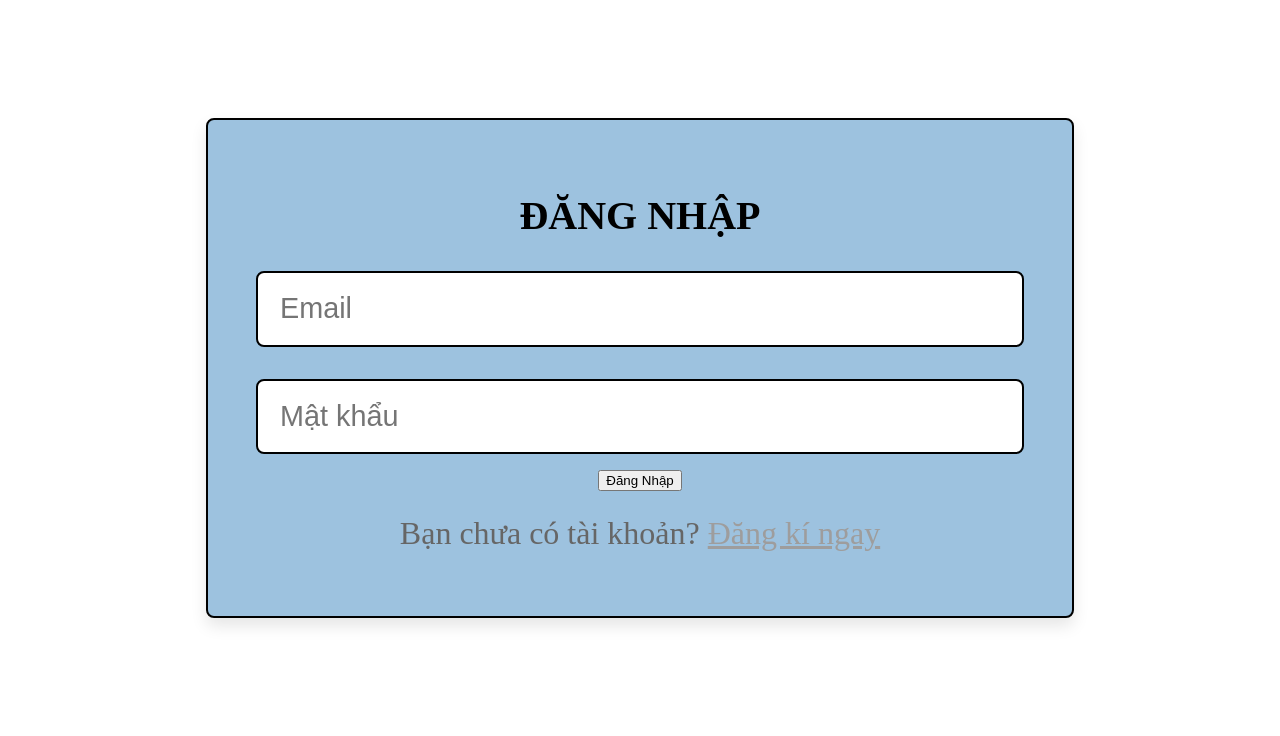
Repository: Dien973/expense_manager
Page: http://localhost/expense_manager/user_page/login.php
An editor plug-in stored every save of this project. The page is shown before and after the next save, followed by the edit.
The browser window is 1280 px wide. The pictures show the whole page.
The page is run by PHP 8.4 with error messages shown; the project is at /var/www/html/. user_page/conn.php is not in the repository; a stand-in opens the database connection. Other server files are loaded and not shown.

Above is the page before, as saved 2025-12-05 13:05:58.

### user_page/login.php
<?php

@include 'conn.php';

session_start();

if(isset($_POST['submit'])){

   $filter_email = filter_var($_POST['email'], FILTER_SANITIZE_STRING);
   $email = mysqli_real_escape_string($conn, $filter_email);
   $filter_pass = filter_var($_POST['pass'], FILTER_SANITIZE_STRING);
   $pass = mysqli_real_escape_string($conn, $filter_pass);

   $select_users = mysqli_query($conn, "SELECT * FROM `users` WHERE email = '$email' AND upassword = '$pass'") or die('Thất bại');


   if(mysqli_num_rows($select_users) > 0){

      $row = mysqli_fetch_assoc($select_users);

      if($row['urole'] == 'admin'){

         $_SESSION['admin_name'] = $row['uname'];
         $_SESSION['admin_email'] = $row['email'];
         $_SESSION['admin_id'] = $row['uid'];
         header('location:admin_page.php');

      }elseif($row['urole'] == 'user'){

         $_SESSION['user_name'] = $row['uname'];
         $_SESSION['user_email'] = $row['email'];
         $_SESSION['user_id'] = $row['uid'];
         header('location:home.php');

      }else{
         $message[] = 'Không tìm thấy người dùng!';
      }

   }else{
      $message[] = 'Sai email hoặc mật khẩu!';
   }

}

?>

<!DOCTYPE html>
<html lang="en">
<head>
   <meta charset="UTF-8">
   <meta http-equiv="X-UA-Compatible" content="IE=edge">
   <meta name="viewport" content="width=device-width, initial-scale=1.0">
   <title>Đăng nhập</title>

   <!-- font awesome cdn link  -->
   <link rel="stylesheet" href="https://cdnjs.cloudflare.com/ajax/libs/font-awesome/6.0.0/css/all.min.css">

   <!-- custom css file link  -->
   <link rel="stylesheet" href="css/main.css">

</head>
<body>

<?php
if(isset($message)){
   foreach($message as $message){
      echo '
      <div class="message">
         <span>'.$message.'</span>
         <i class="fas fa-times" onclick="this.parentElement.remove();"></i>
      </div>
      ';
   }
}
?>

<section class="form-container">

   <form action="" method="post">
      <h3>Đăng Nhập</h3>
      <input type="email" name="email" class="box" placeholder="Email" required>
      <input type="password" name="pass" class="box" placeholder="Mật khẩu" required>
      <input type="submit" class="btn" name="submit" value="Đăng Nhập">
      <p>Bạn chưa có tài khoản? <a href="signup.php">Đăng kí ngay</a></p>
   </form>

</section>

</body>
</html>

### css/main.css
.form-container {
  display: flex;
  align-items: center;
  justify-content: center;
  min-height: 100vh;
}

.form-container form {
  padding: 2rem;
  border-radius: 0.5rem;
  border: #000 solid 2px;
  background-color: #9dc2df;
  box-shadow: 0 0.5rem 1rem rgba(0, 0, 0, 0.1);
  width: 50rem;
  text-align: center;
}

.form-container form h3 {
  font-size: 2.5rem;
  text-transform: uppercase;
  color: #000;
  margin-bottom: 1rem;
}

.form-container form .box {
  width: 90%;
  padding: 1.2rem 1.4rem;
  font-size: 1.8rem;
  color: #000;
  border: #000 solid 2px;
  background-color: #fff;
  margin: 1rem 0;
  border-radius: 0.5rem;
}

.form-container form p {
  margin-top: 1.5rem;
  font-size: 2rem;
  color: #666;
}

.form-container form p a {
  color: #9e9d9d;
}

.form-container form p a:hover {
  text-decoration: underline;
}

After the next save:
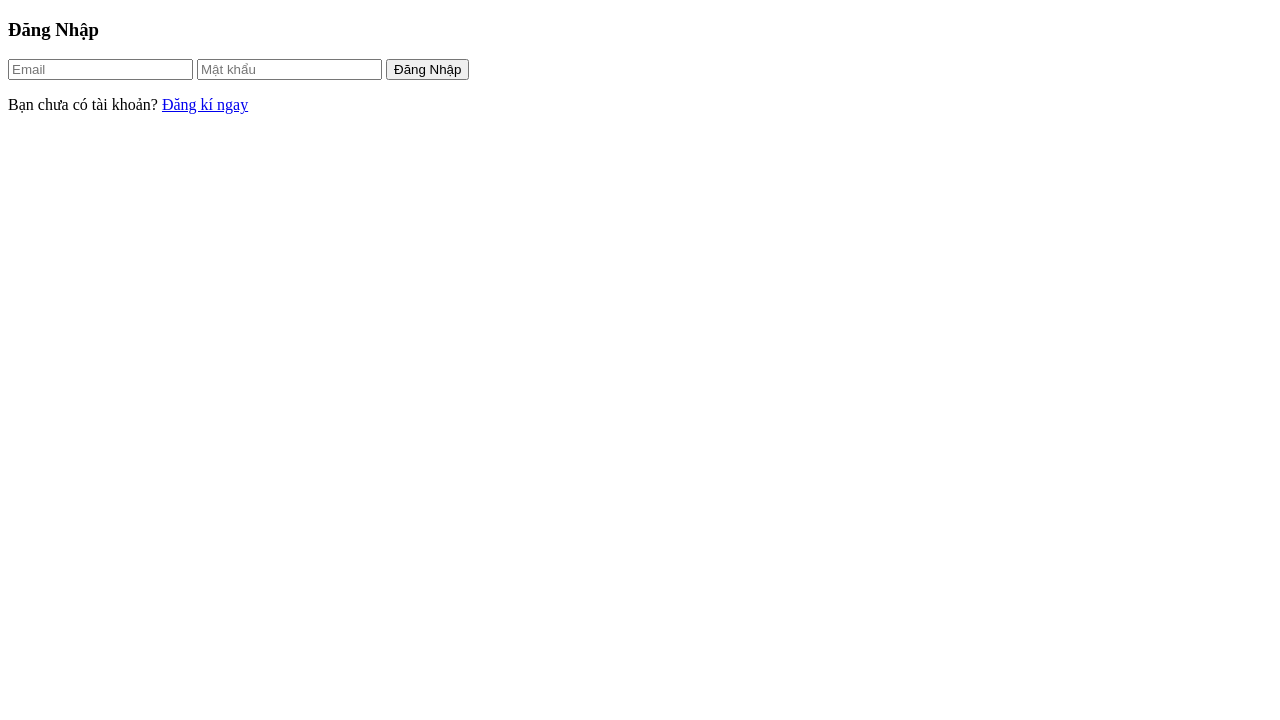
Not found: expense_manager/user_page/css/login.css
Saved 14 s later.
--- a/user_page/login.php
+++ b/user_page/login.php
@@ -56,7 +56,7 @@
    <link rel="stylesheet" href="https://cdnjs.cloudflare.com/ajax/libs/font-awesome/6.0.0/css/all.min.css">
 
    <!-- custom css file link  -->
-   <link rel="stylesheet" href="css/main.css">
+   <link rel="stylesheet" href="css/login.css">
 
 </head>
 <body>

After the save that followed:
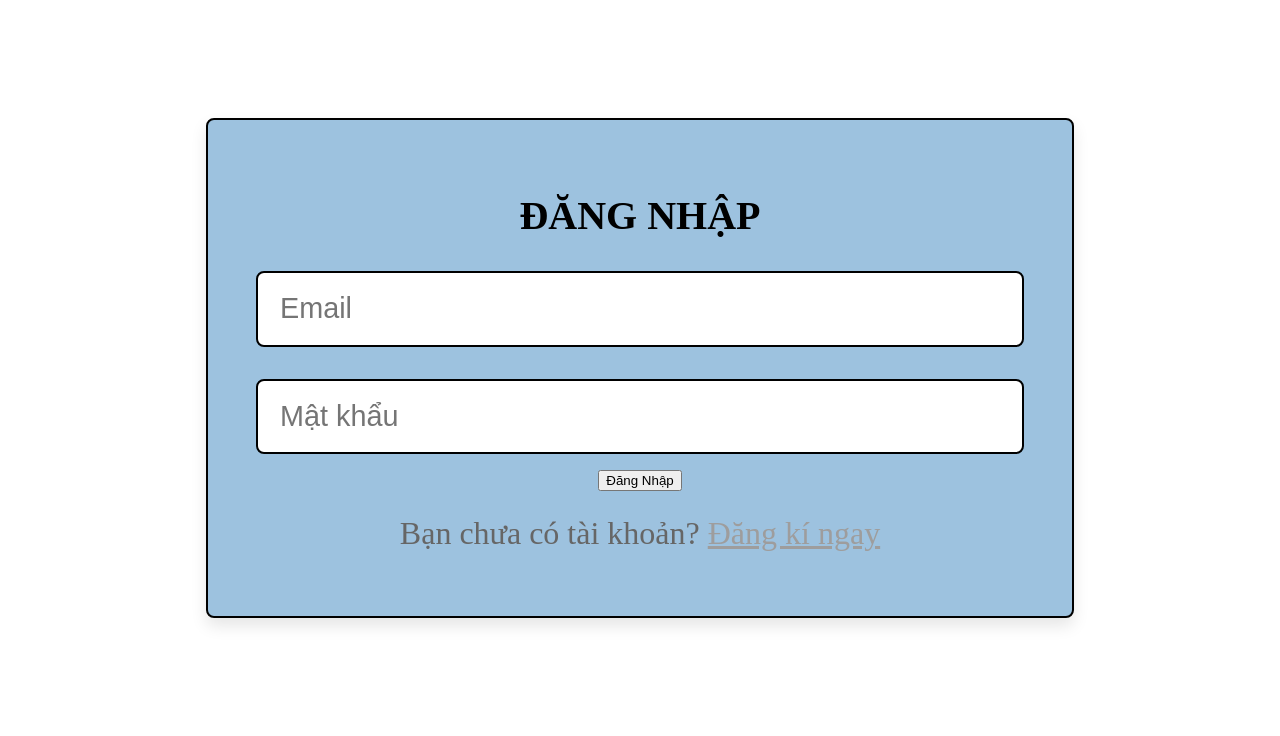
Saved 5 s later.
--- a/user_page/login.php
+++ b/user_page/login.php
@@ -56,7 +56,7 @@
    <link rel="stylesheet" href="https://cdnjs.cloudflare.com/ajax/libs/font-awesome/6.0.0/css/all.min.css">
 
    <!-- custom css file link  -->
-   <link rel="stylesheet" href="css/login.css">
+   <link rel="stylesheet" href="css/main.css">
 
 </head>
 <body>
